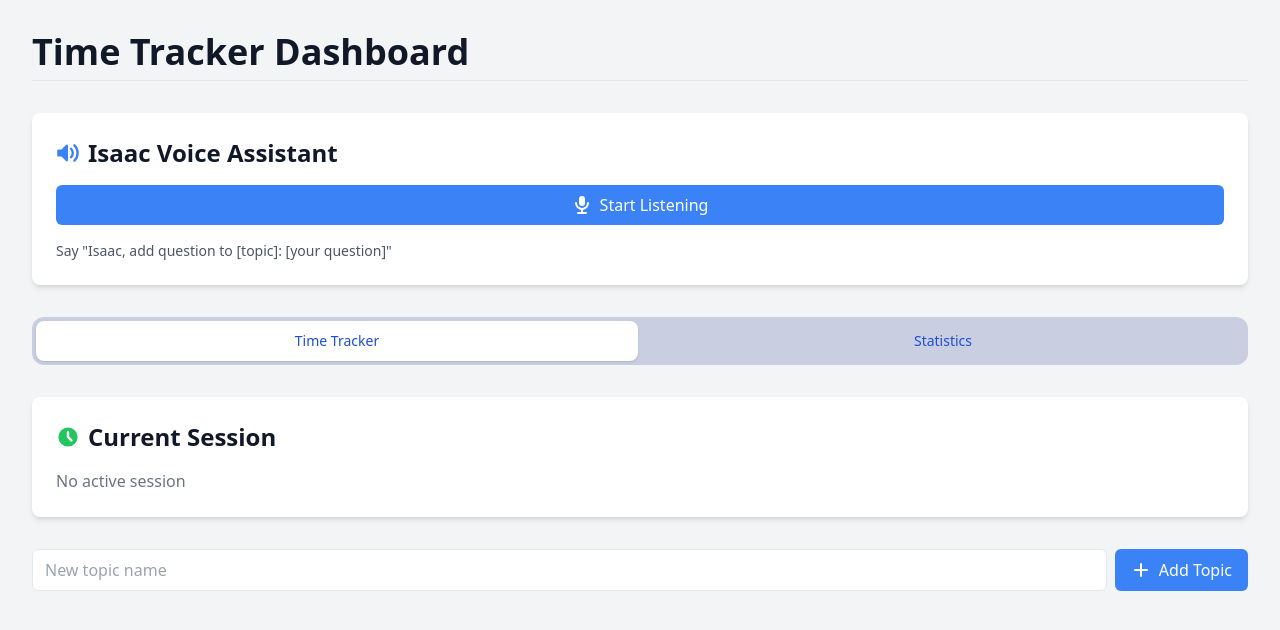
Repository: Mordecaied/Issac
Page: /
An editor plug-in stored every save of this project. The page is shown before and after the next save, followed by the edit.
The browser window is 1280 px wide. The pictures show the whole page.
The project was rebuilt for these pictures with package versions that can differ from the ones it lists, and the page was loaded fresh each time. Also part of the build but not shown: src/components/Statistics.tsx.

Above is the page before, as saved 2024-08-04 17:57:27.

### src/index.css
@tailwind base;
@tailwind components;
@tailwind utilities;

body {
  @apply bg-background dark:bg-background-dark text-gray-900 dark:text-white;
}

### src/App.tsx
import React from 'react';
import Dashboard from './components/Dashboard';
import { AppProvider } from './AppContext';

const App: React.FC = () => {
  return (
    <AppProvider>
      <div className="min-h-screen bg-gray-100 dark:bg-gray-900">
        <Dashboard />
      </div>
    </AppProvider>
  );
};

export default App;

### src/components/Dashboard.tsx
import React from 'react';
import VoiceAssistant from './VoiceAssistant';
import TopicList from './TopicList';
import CurrentSession from './CurrentSession';
import Statistics from './Statistics';
import { Tab } from '@headlessui/react';
import { useAppContext } from '../AppContext';

const Dashboard: React.FC = () => {
  const { activeSession, setActiveSession } = useAppContext();

  return (
    <div className="max-w-7xl mx-auto px-4 sm:px-6 lg:px-8 py-8">
      <h1 className="text-4xl font-bold mb-8 border-b pb-2">Time Tracker Dashboard</h1>

      <VoiceAssistant />

      <Tab.Group>
        <Tab.List className="flex space-x-1 rounded-xl bg-blue-900/20 p-1 mb-8">
          <Tab className={({ selected }) =>
            `w-full rounded-lg py-2.5 text-sm font-medium leading-5 text-blue-700
             ring-white ring-opacity-60 ring-offset-2 ring-offset-blue-400 focus:outline-none focus:ring-2
             ${selected ? 'bg-white shadow' : 'text-blue-100 hover:bg-white/[0.12] hover:text-white'}`
          }>
            Time Tracker
          </Tab>
          <Tab className={({ selected }) =>
            `w-full rounded-lg py-2.5 text-sm font-medium leading-5 text-blue-700
             ring-white ring-opacity-60 ring-offset-2 ring-offset-blue-400 focus:outline-none focus:ring-2
             ${selected ? 'bg-white shadow' : 'text-blue-100 hover:bg-white/[0.12] hover:text-white'}`
          }>
            Statistics
          </Tab>
        </Tab.List>
        <Tab.Panels>
          <Tab.Panel>
            <CurrentSession />
            <TopicList />
          </Tab.Panel>
          <Tab.Panel>
            <Statistics />
          </Tab.Panel>
        </Tab.Panels>
      </Tab.Group>
    </div>
  );
};

export default Dashboard;

### src/AppContext.tsx
import React, { createContext, useContext, useState, ReactNode } from 'react';

interface Topic {
  id: string;
  name: string;
  duration: number;
}

interface AppContextType {
  activeSession: string | null;
  setActiveSession: (session: string | null) => void;
  topics: Topic[];
  addTopic: (topic: Topic) => void;
  updateTopicDuration: (id: string, duration: number) => void;
}

const AppContext = createContext<AppContextType | undefined>(undefined);

export const useAppContext = () => {
  const context = useContext(AppContext);
  if (context === undefined) {
    throw new Error('useAppContext must be used within an AppProvider');
  }
  return context;
};

interface AppProviderProps {
  children: ReactNode;
}

export const AppProvider: React.FC<AppProviderProps> = ({ children }) => {
  const [activeSession, setActiveSession] = useState<string | null>(null);
  const [topics, setTopics] = useState<Topic[]>([]);

  const addTopic = (topic: Topic) => {
    setTopics((prevTopics) => [...prevTopics, topic]);
  };

  const updateTopicDuration = (id: string, duration: number) => {
    setTopics((prevTopics) =>
      prevTopics.map((topic) =>
        topic.id === id ? { ...topic, duration } : topic
      )
    );
  };

  const value = {
    activeSession,
    setActiveSession,
    topics,
    addTopic,
    updateTopicDuration,
  };

  return <AppContext.Provider value={value}>{children}</AppContext.Provider>;
};

### src/components/VoiceAssistant.tsx
import React, { useState } from 'react';
import { MicrophoneIcon, VolumeUpIcon } from '@heroicons/react/solid';

const VoiceAssistant: React.FC = () => {
  const [isListening, setIsListening] = useState(false);
  const [transcript, setTranscript] = useState('');

  const toggleListening = () => {
    setIsListening(!isListening);
    // Implement actual voice recognition logic here
  };

  return (
    <div className="bg-white dark:bg-gray-800 rounded-lg shadow-md p-6 mb-8">
      <h2 className="text-2xl font-semibold mb-4 flex items-center">
        <VolumeUpIcon className="h-6 w-6 mr-2 text-blue-500" />
        Isaac Voice Assistant
      </h2>
      <button
        onClick={toggleListening}
        className={`flex items-center justify-center w-full py-2 px-4 rounded-md text-white font-medium transition-colors ${
          isListening ? 'bg-red-500 hover:bg-red-600' : 'bg-blue-500 hover:bg-blue-600'
        }`}
      >
        <MicrophoneIcon className="h-5 w-5 mr-2" />
        {isListening ? 'Stop Listening' : 'Start Listening'}
      </button>
      <p className="mt-4 text-sm text-gray-600 dark:text-gray-300">
        Say "Isaac, add question to [topic]: [your question]"
      </p>
      {isListening && (
        <div className="mt-4 p-2 bg-gray-100 dark:bg-gray-700 rounded">
          <p className="font-semibold">Live Transcription:</p>
          <p className="text-sm">{transcript}</p>
        </div>
      )}
    </div>
  );
};

export default VoiceAssistant;

### src/components/TopicList.tsx
import React, { useState } from 'react';
import { ChevronDownIcon, PlusIcon } from '@heroicons/react/solid';
import { Disclosure } from '@headlessui/react';
import { useAppContext } from '../AppContext';

interface SubTopic {
  id: string;
  name: string;
}

interface Topic {
  id: string;
  name: string;
  subTopics: SubTopic[];
}

const TopicList: React.FC = () => {
  const { topics, setActiveSession, addTopic } = useAppContext();
  const [newTopicName, setNewTopicName] = useState('');

  const handleAddNewTopic = () => {
    if (newTopicName.trim()) {
      const newTopic: Topic = {
        id: Date.now().toString(),
        name: newTopicName.trim(),
        subTopics: [],
      };
      addTopic(newTopic);
      setNewTopicName('');
    }
  };

  return (
    <div className="space-y-4">
      {topics.map((topic) => (
        <Disclosure key={topic.id}>
          {({ open }) => (
            <div className="bg-white dark:bg-gray-800 rounded-lg shadow-md overflow-hidden">
              <Disclosure.Button className="flex justify-between w-full px-4 py-2 text-sm font-medium text-left text-blue-900 dark:text-blue-100 bg-blue-100 dark:bg-blue-900 hover:bg-blue-200 dark:hover:bg-blue-800 focus:outline-none focus-visible:ring focus-visible:ring-blue-500 focus-visible:ring-opacity-75">
                <span>{topic.name}</span>
                <ChevronDownIcon
                  className={`${
                    open ? 'transform rotate-180' : ''
                  } w-5 h-5 text-blue-500`}
                />
              </Disclosure.Button>
              <Disclosure.Panel className="px-4 pt-4 pb-2 text-sm text-gray-500 dark:text-gray-300">
                {topic.subTopics.map((subTopic) => (
                  <div
                    key={subTopic.id}
                    className="flex justify-between items-center mb-2"
                  >
                    <span>{subTopic.name}</span>
                    <button
                      onClick={() =>
                        setActiveSession(`${topic.name} - ${subTopic.name}`)
                      }
                      className="bg-green-500 hover:bg-green-600 text-white py-1 px-3 rounded-md text-sm transition-colors"
                    >
                      Start
                    </button>
                  </div>
                ))}
              </Disclosure.Panel>
            </div>
          )}
        </Disclosure>
      ))}
      <div className="flex space-x-2">
        <input
          type="text"
          value={newTopicName}
          onChange={(e) => setNewTopicName(e.target.value)}
          placeholder="New topic name"
          className="flex-grow px-3 py-2 border rounded-md"
        />
        <button
          onClick={handleAddNewTopic}
          className="flex items-center justify-center py-2 px-4 bg-blue-500 hover:bg-blue-600 text-white rounded-md transition-colors"
        >
          <PlusIcon className="h-5 w-5 mr-2" />
          Add Topic
        </button>
      </div>
    </div>
  );
};

export default TopicList;

### src/components/CurrentSession.tsx
import React, { useEffect, useState } from 'react';
import { ClockIcon } from '@heroicons/react/solid';
import { useAppContext } from '../AppContext';

const CurrentSession: React.FC = () => {
  const { activeSession, topics } = useAppContext();
  const [elapsedTime, setElapsedTime] = useState(0);

  useEffect(() => {
    let interval: NodeJS.Timeout;
    if (activeSession) {
      interval = setInterval(() => {
        setElapsedTime((prevTime) => prevTime + 1);
      }, 1000);
    }
    return () => clearInterval(interval);
  }, [activeSession]);

  const formatTime = (seconds: number) => {
    const hours = Math.floor(seconds / 3600);
    const minutes = Math.floor((seconds % 3600) / 60);
    const secs = seconds % 60;
    return `${hours.toString().padStart(2, '0')}:${minutes
      .toString()
      .padStart(2, '0')}:${secs.toString().padStart(2, '0')}`;
  };

  const activeTopic = topics.find((topic) => topic.id === activeSession);

  return (
    <div className="bg-white dark:bg-gray-800 rounded-lg shadow-md p-6 mb-8">
      <h2 className="text-2xl font-semibold mb-4 flex items-center">
        <ClockIcon className="h-6 w-6 mr-2 text-green-500" />
        Current Session
      </h2>
      {activeTopic ? (
        <div>
          <p className="text-lg font-medium">{activeTopic.name}</p>
          <p className="text-3xl font-bold mt-2">{formatTime(elapsedTime)}</p>
        </div>
      ) : (
        <p className="text-gray-500 dark:text-gray-400">No active session</p>
      )}
    </div>
  );
};

export default CurrentSession;

### tailwind.config.js
module.exports = {
  content: ["./src/**/*.{js,jsx,ts,tsx}"],
  darkMode: 'class',
  theme: {
    extend: {
      colors: {
        primary: '#3B82F6',
        secondary: '#10B981',
        background: '#F3F4F6',
        'background-dark': '#1F2937',
      },
    },
  },
  plugins: [],
}

Loaded but not shown: public/index.html (common file); src/index.tsx (common file)

After the next save:
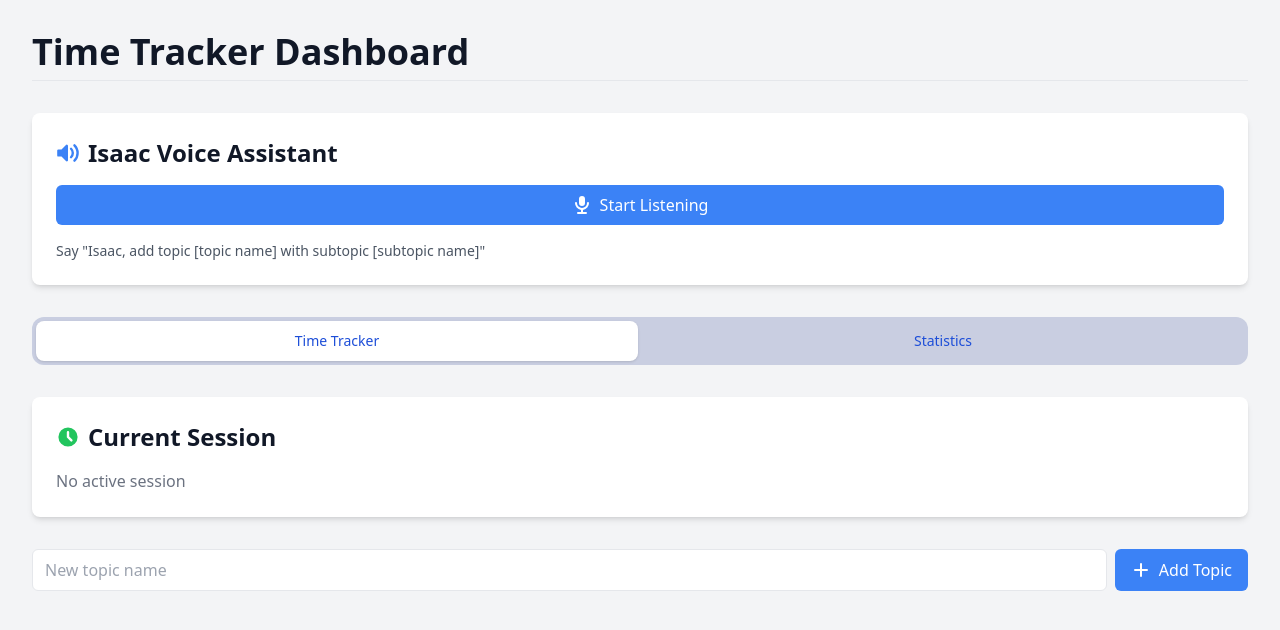
Saved 10 s later.
--- a/src/components/VoiceAssistant.tsx
+++ b/src/components/VoiceAssistant.tsx
@@ -1,13 +1,46 @@
 import React, { useState } from 'react';
 import { MicrophoneIcon, VolumeUpIcon } from '@heroicons/react/solid';
+import { useAppContext } from '../AppContext';
 
 const VoiceAssistant: React.FC = () => {
   const [isListening, setIsListening] = useState(false);
   const [transcript, setTranscript] = useState('');
+  const { addTopic, setActiveSession } = useAppContext();
 
   const toggleListening = () => {
     setIsListening(!isListening);
     // Implement actual voice recognition logic here
+    // For now, we'll simulate voice input
+    if (!isListening) {
+      simulateVoiceInput();
+    }
+  };
+
+  const simulateVoiceInput = () => {
+    // This is a placeholder for actual voice recognition
+    setTimeout(() => {
+      const simulatedCommand = "Isaac, add topic Learning with subtopic Python";
+      setTranscript(simulatedCommand);
+      processCommand(simulatedCommand);
+      setIsListening(false);
+    }, 3000);
+  };
+
+  const processCommand = (command: string) => {
+    const addTopicRegex = /Isaac, add topic (\w+)(?: with subtopic (\w+))?/i;
+    const match = command.match(addTopicRegex);
+
+    if (match) {
+      const topicName = match[1];
+      const subTopicName = match[2];
+      const newTopic = {
+        id: Date.now().toString(),
+        name: topicName,
+        subTopics: subTopicName ? [{ id: `${Date.now()}-sub`, name: subTopicName }] : [],
+      };
+      addTopic(newTopic);
+      setActiveSession(newTopic.id);
+    }
   };
 
   return (
@@ -26,7 +59,7 @@ const VoiceAssistant: React.FC = () => {
         {isListening ? 'Stop Listening' : 'Start Listening'}
       </button>
       <p className="mt-4 text-sm text-gray-600 dark:text-gray-300">
-        Say "Isaac, add question to [topic]: [your question]"
+        Say "Isaac, add topic [topic name] with subtopic [subtopic name]"
       </p>
       {isListening && (
         <div className="mt-4 p-2 bg-gray-100 dark:bg-gray-700 rounded">
